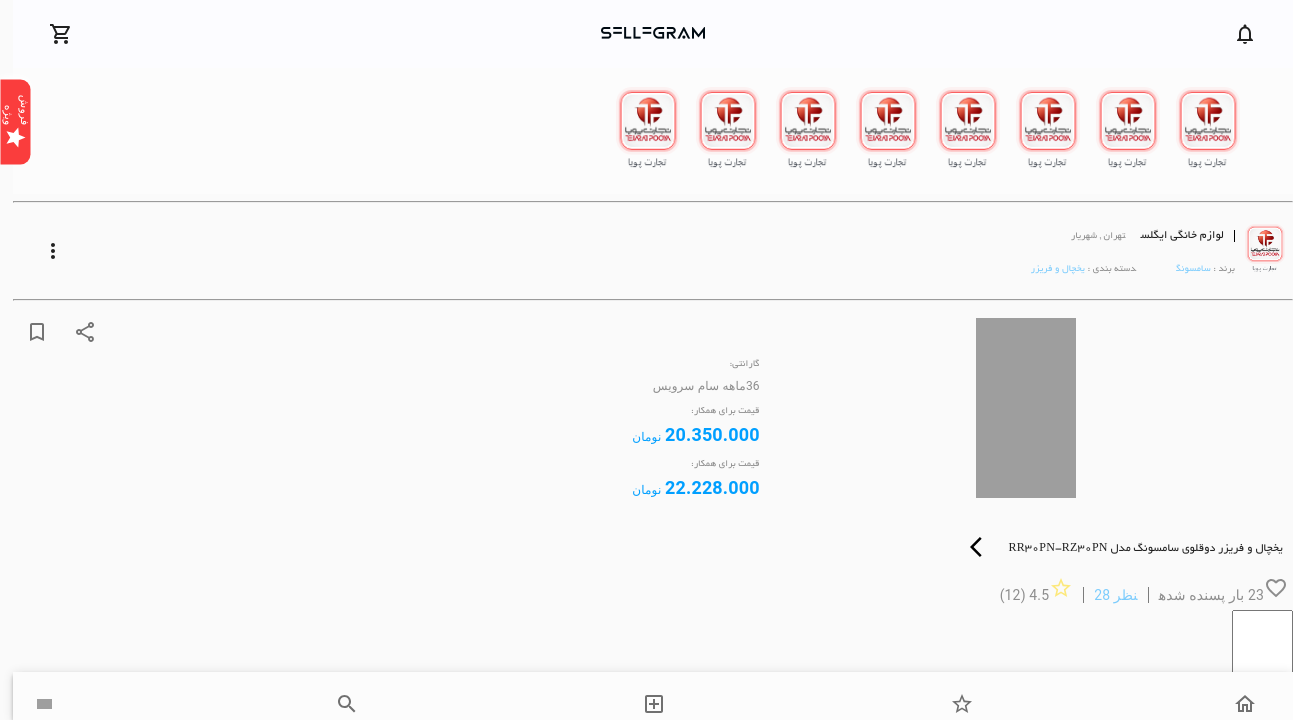
Repository: sadegh1379/selegram
Page: /login-4
These files come from the project's save history. The page is drawn as it stood at one moment and after the next save; the edit follows.
The browser window is 1280 px wide. The page is 1293 px wide, so the pictures cover 1293 px, including what lies to the right of the window. The pictures show the whole page.
Pictures or frames that could not be fetched are drawn as grey boxes. The project was rebuilt for these pictures with package versions that can differ from the ones it lists, and the page was loaded fresh each time. Also part of the build but not shown: src/components/login/Login.js, src/components/login/LoginOne.js, src/components/login/LoginThree.js.

Above is the page before, as saved 2020-09-09 14:19:11.

After the next save:
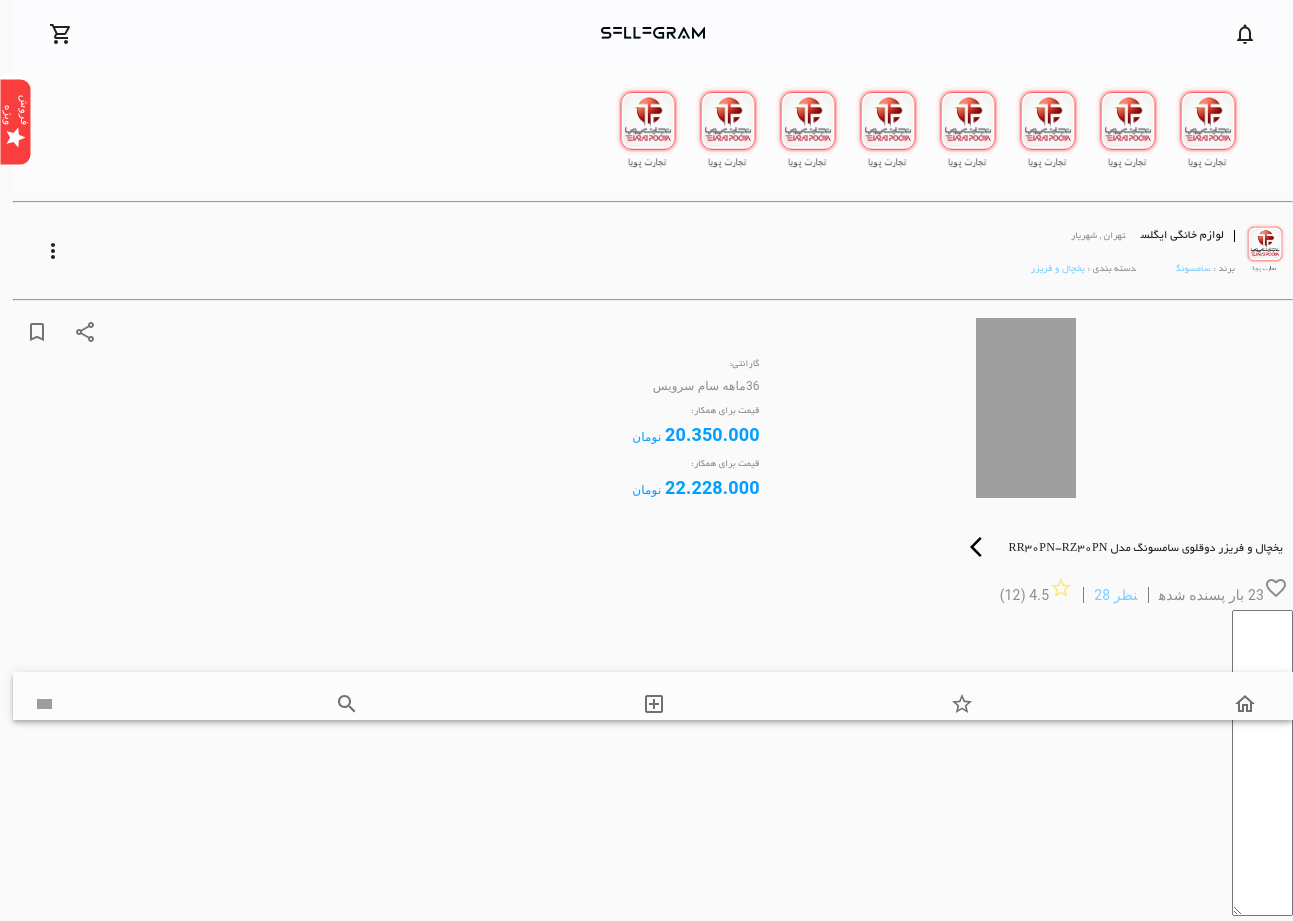
Saved 9 s later.
--- a/src/components/body/LoginFour.js
+++ b/src/components/body/LoginFour.js
@@ -134,7 +134,7 @@
             {/* Opinion */}
             <Grid>
             <form  autoComplete="off">
-                <textarea name="sdaw" id="" cols="5" rows="5"></textarea>
+                <textarea name="sdaw" id="" cols="5" rows="20"></textarea>
 
             </form>
             </Grid>
